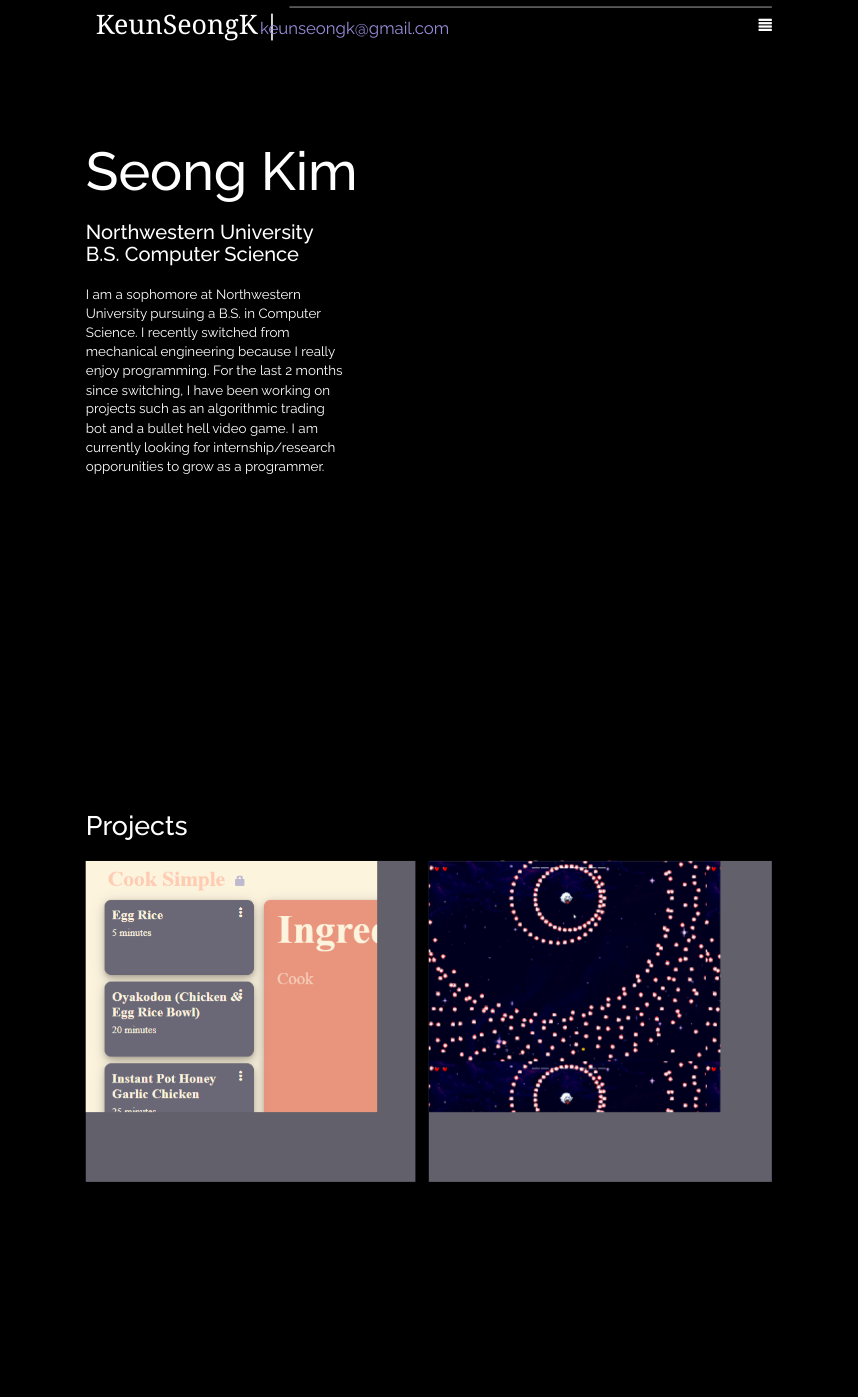
Repository: oqueuo/personal-site
Page: index.html
The author's editor kept a copy of each file at every save. The page is drawn from the files as they stood at one save, then again after the next save.
The browser window is 1280 px wide. The pictures show the whole page, at 67% of full size.

Above is the page before, as saved 2020-09-21 18:12:21.

After the next save:
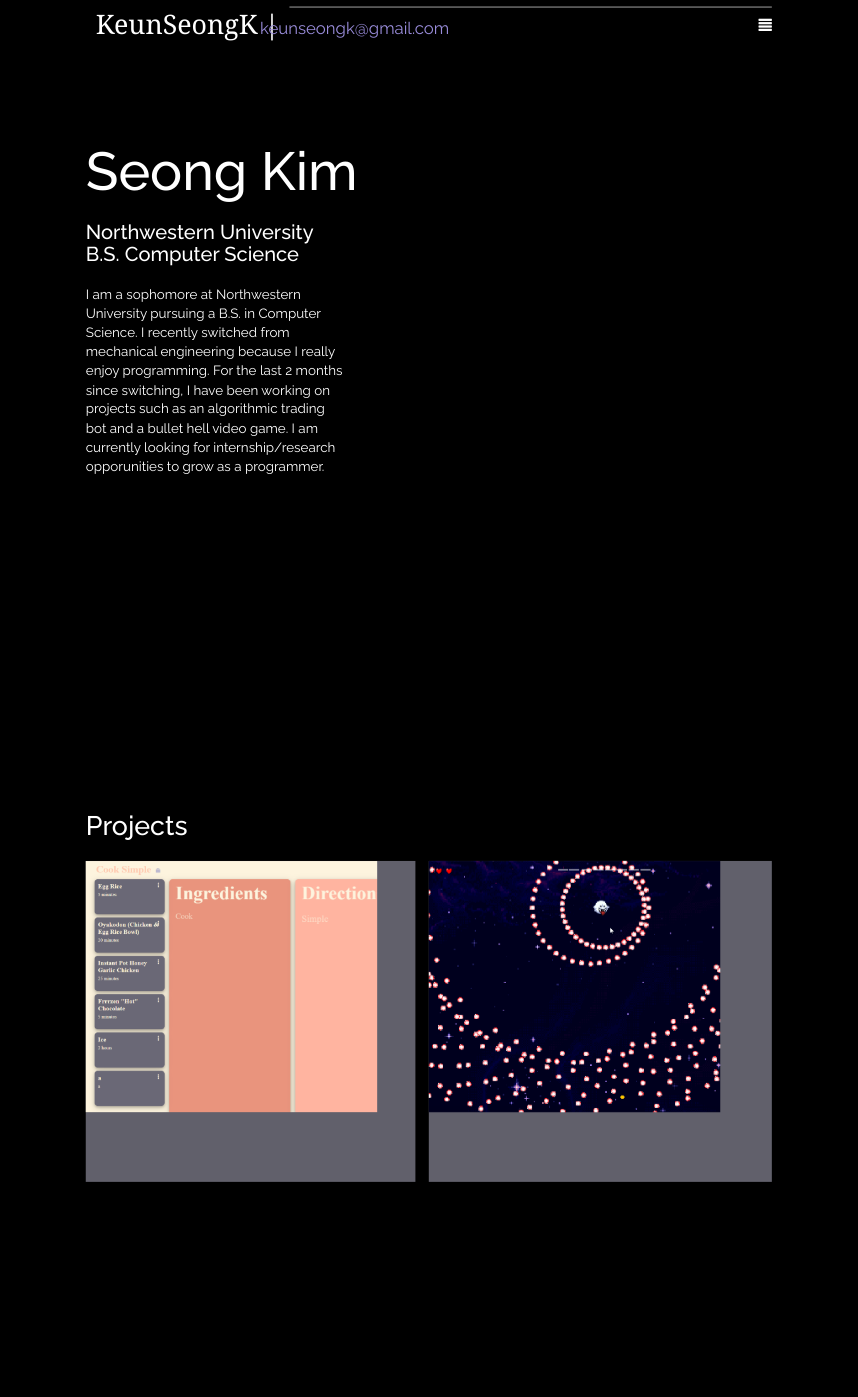
Saved 7 s later.
--- a/styles.css
+++ b/styles.css
@@ -126,7 +126,7 @@ ul a:active, #email:active, .more-info-on-github:active {
     width: 85%;
     height: 75%;
     position: absolute;
-    background-size: auto;
+    background-size: cover;
     margin-left: auto !important;
     margin-right: auto !important;
     margin-top: auto !important;
